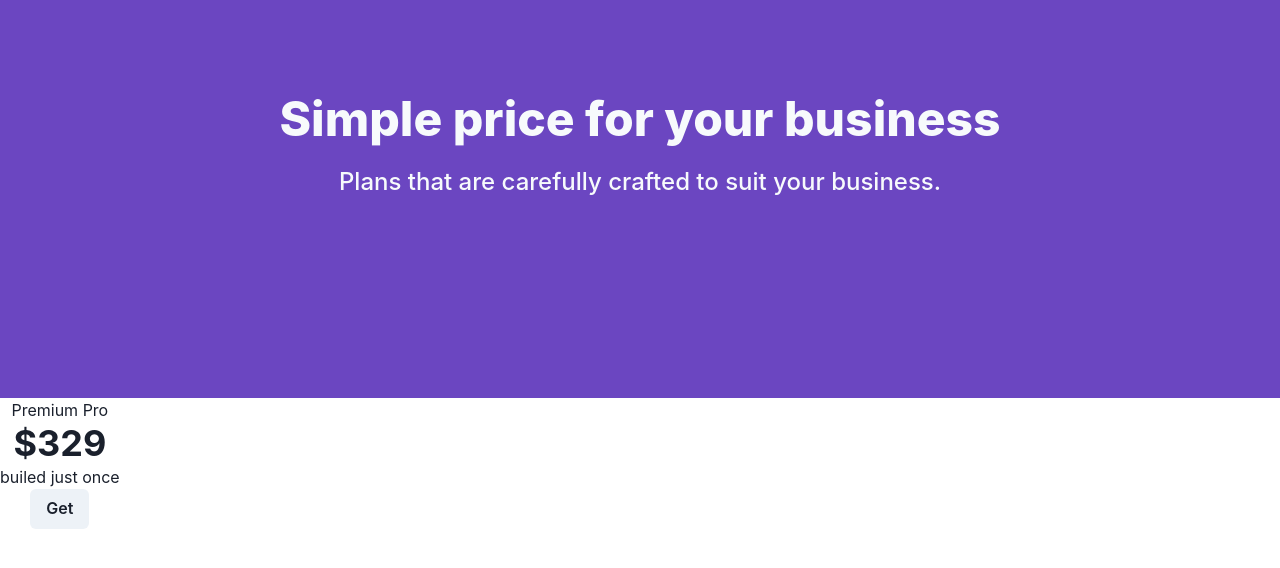
Repository: noutijo/learn-in-depth-chakra-ui
Page: /
An editor plug-in stored every save of this project. The page is shown before and after the next save, followed by the edit.
The browser window is 1280 px wide. The pictures show the whole page.
The project was rebuilt for these pictures with package versions that can differ from the ones it lists, and the page was loaded fresh each time. Also part of the build but not shown: vite.config.ts.

Above is the page before, as saved 2023-01-30 15:29:25.

After the next save:
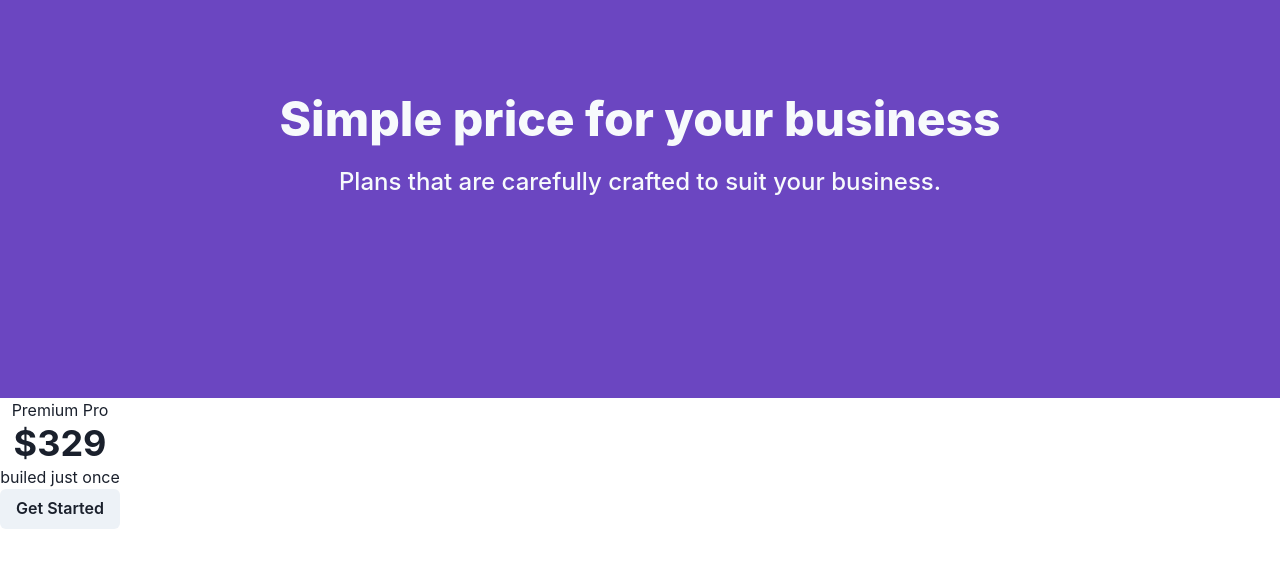
Saved 5 s later.
--- a/src/components/Pricing.tsx
+++ b/src/components/Pricing.tsx
@@ -9,7 +9,7 @@ export function Pricing() {
             <Text>Premium Pro</Text>
             <Heading>$329</Heading>
             <Text>builed just once</Text>
-            <Button>Get </Button>
+            <Button>Get Started</Button>
         </Box>
         <Box></Box>
       </Flex>
